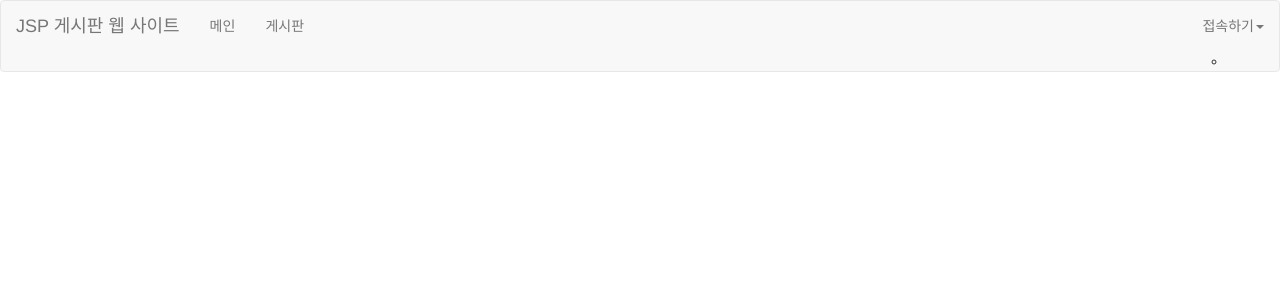
Repository: chyun94/JSP-
Page: http://localhost/BBS/login.jsp
These files come from the project's save history. The page is drawn as it stood at one moment and after the next save; the edit follows.
The browser window is 1280 px wide. The pictures show the whole page.
Some web libraries are served in a nearby version. The page is served by Tomcat 9. Other server files are loaded and not shown.

Above is the page before, as saved 2021-05-07 10:56:34.

### BBS/WebContent/login.jsp
<%@ page language="java" contentType="text/html; charset=UTF-8"
	pageEncoding="UTF-8"%>
<!DOCTYPE html>
<html>
<head>
<meta http-equiv="Content-Type" content="text/html; charset="UTF-8">
<!-- 아래 메타 태그는 디바이스마다 크기를 설정하기 위해서 작한한 메타 태그 -->
<meta name="viewport" content="width=device-width" , initial-scale="1">
<link rel="stylesheet" href="css/bootstrap.css">

<title>JSP 게시판 웹 사이트</title>
</head>
<body>
	<nav class="navbar navbar-default">
	<div class="navbar-header">
		<button type="button" class="navbar-toggle collapsed"
			data-toggle="collapse" data-target="#bs-example-navbar-collapse-1"
			aria-expanded="false">

			<span class="icon-bar"></span>
			<span class="icon-bar"></span>
			<span class="icon-bar"></span>

		</button>
		<a class="navbar-brand" href="main.jsp">JSP 게시판 웹 사이트</a>
	</div>
	<div class="collapse navbar-collapse" id="bs-example-navbar-collapse-1">
		<ul class="nav navbar-nav">
			<li><a href="main.jsp">메인</a></li>
			<li><a href="bbs.jsp">게시판</a></li>
		</ul>

		<ul class="nav navbar-nav navbar-right">
			<li class="dropdown">
				<a href="#" class="dropdown-toggle"
				data-toggle="dropdown" role="button" aria-haspopup="true"
				aria-expanded="false">접속하기<span class="caret"</span></a>
				<ul>
					<li class="active"><a href="login.jsp"></a></li>
				</ul>
			</li>
		</ul>
	</div>
	<script src="https://code.jquery.com/jquery-3.1.1.min.js"></script>
	<script src="js/bootstrap.js"></script>

</body>
</html>

Loaded but not shown: BBS/WebContent/css/bootstrap.css (library); BBS/WebContent/js/bootstrap.js (library)

After the next save:
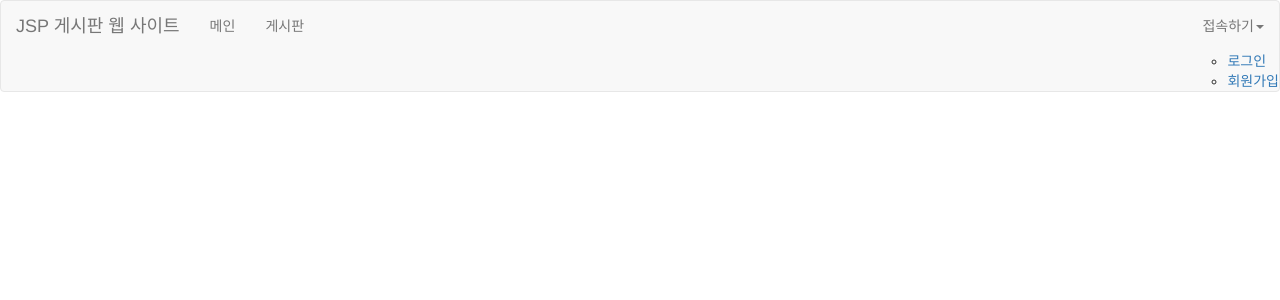
Saved 30 s later.
--- a/BBS/WebContent/login.jsp
+++ b/BBS/WebContent/login.jsp
@@ -36,7 +36,8 @@
 				data-toggle="dropdown" role="button" aria-haspopup="true"
 				aria-expanded="false">접속하기<span class="caret"</span></a>
 				<ul>
-					<li class="active"><a href="login.jsp"></a></li>
+					<li class="active"><a href="login.jsp">로그인</a></li>
+					<li ><a href="join.jsp">회원가입</a></li>
 				</ul>
 			</li>
 		</ul>
